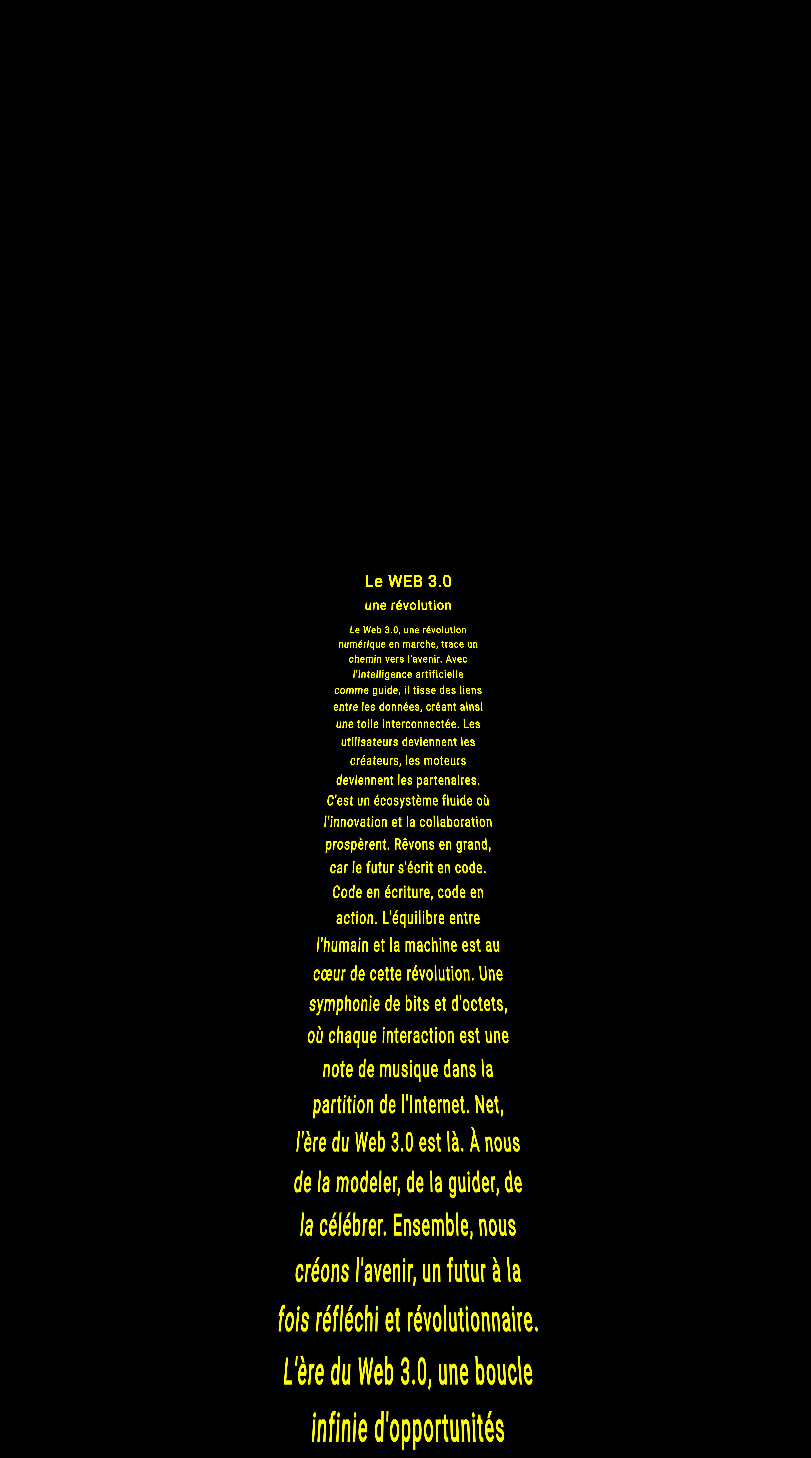
Repository: Alexander-Fejari/exercices-star-wars
Page: index.html
The author's editor kept a copy of each file at every save. The page is drawn from the files as they stood at one save, then again after a run of saves.
The browser window is 1280 px wide. The page is 1288 px wide, so the pictures cover 1288 px, including what lies to the right of the window. The pictures show the whole page, at 63% of full size.
Some web fonts or font styles are not loaded; a fallback is used.

Above is the page before, as saved 2023-09-28 18:05:33.

### index.html
<!DOCTYPE html>
<html lang="en">
  <head>
    <meta charset="UTF-8" />
    <meta name="viewport" content="width=device-width, initial-scale=1.0" />
    <link rel="preconnect" href="https://fonts.googleapis.com">
    <link rel="preconnect" href="https://fonts.gstatic.com" crossorigin>
    <link href="https://fonts.googleapis.com/css2?family=Roboto&display=swap" rel="stylesheet">
    <link rel="stylesheet" href="style/style.css" />
    <title>Star-wars generique</title>
  </head>
  <body>
    <div class="fade"></div>
    <div class="deform">
      <div class="generique">
        <div class="titre">
          <h1>Le WEB 3.0</h1>
          <h2>une révolution</h2>
        </div>
        <p>
          Le Web 3.0, une révolution numérique en marche, trace un chemin vers l'avenir. Avec l'intelligence artificielle comme
          guide, il tisse des liens entre les données, créant ainsi une toile interconnectée. Les utilisateurs deviennent les
          créateurs, les moteurs deviennent les partenaires. C'est un écosystème fluide où l'innovation et la collaboration
          prospèrent.

          Rêvons en grand, car le futur s'écrit en code. Code en écriture, code en action. L'équilibre entre l'humain et la
          machine est au cœur de cette révolution. Une symphonie de bits et d'octets, où chaque interaction est une note de
          musique dans la partition de l'Internet.

          Net, l'ère du Web 3.0 est là. À nous de la modeler, de la guider, de la célébrer. Ensemble, nous créons l'avenir, un
          futur à la fois réfléchi et révolutionnaire. L'ère du Web 3.0, une boucle infinie d'opportunités
        </p>
      </div>
    </div>
  </body>
</html>

### style/style.css
@import url("https://fonts.googleapis.com/css2?family=Dela+Gothic+One&display=swap");
body {
  width: 100%;
  height: 100vh;
  overflow: hidden;
  background-color: black;
  font-family: 'Roboto', sans-serif;
}
.deform {
  display: flex;
  justify-content: center;
  height: 800px;
  perspective: 400px;
  color: yellow;
  font-size: 500%;
  font-weight: 600;
  letter-spacing: 6px;
  line-height: 150%;
  text-align: center;
}
.generique {
  position: relative;
  transform-origin: 50% 100%;
  animation: generique 25s linear;
}
.fade {
  position: relative;
  width: 100%;
  min-height: 60vh;
  top: -20px;
  background: linear-gradient(
    180deg,
    rgba(0, 0, 0, 1) 40%,
    rgba(0, 0, 0, 0) 100%
  );
  z-index: 1;
}

h1 {
}
@keyframes generique {

  0% {
    top: calc(0 - 100vh);
    transform: rotateX(21deg) translateZ(-2500px);
  }
    100% {
    top: 100vh;
    transform: rotateX(20deg) translateZ(0);
  }
}

After the next 5 saves:
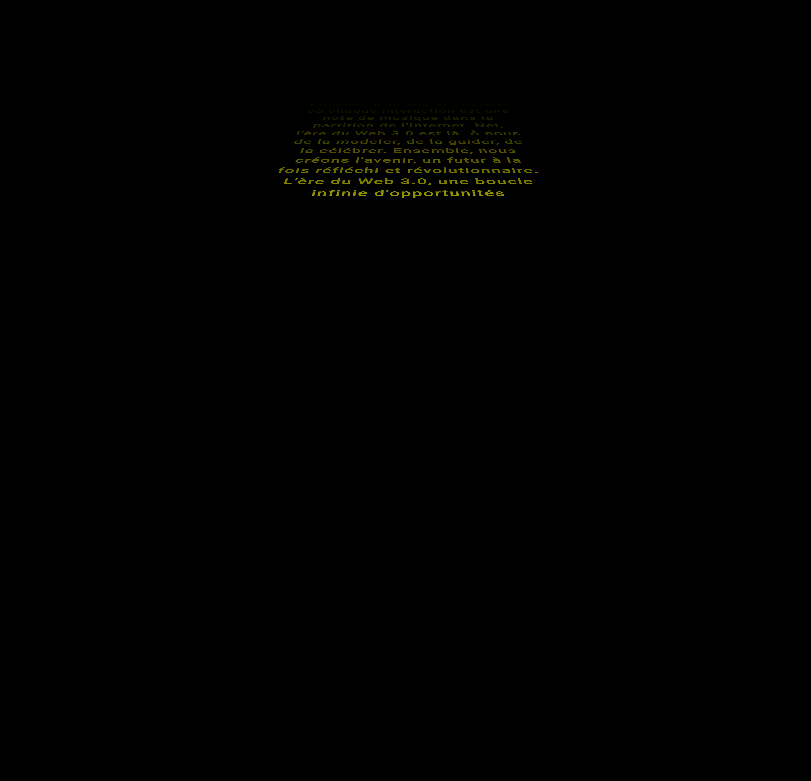
The 5 saves are shown as one change because they came seconds apart.
The last was saved 20 s later.
--- a/style/style.css
+++ b/style/style.css
@@ -41,11 +41,11 @@
 @keyframes generique {
 
   0% {
-    top: calc(0 - 100vh);
+    top: -7000px;
     transform: rotateX(21deg) translateZ(-2500px);
   }
     100% {
-    top: 100vh;
+    top: 0;
     transform: rotateX(20deg) translateZ(0);
   }
 }
